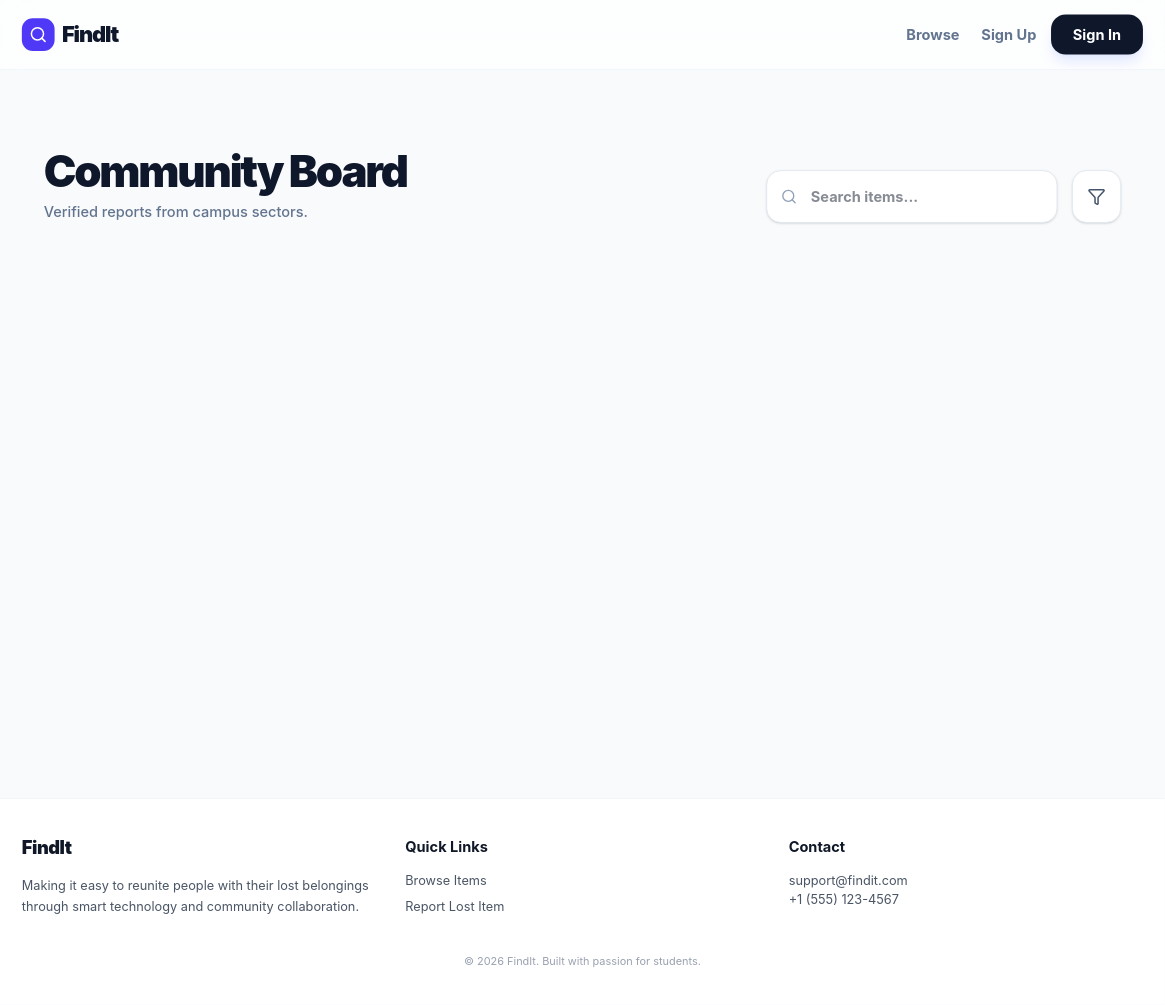
Repository: roygaurav007/lost-and-found
Page: /browse (app in Frontend/client/)
The author's editor kept a copy of each file at every save. The page is drawn from the files as they stood at one save, then again after the next save.
The browser window is 1280 px wide. The pictures show the whole page, at 91% of full size.
The page's requests for data from a server got no answer. The project was rebuilt for these pictures with package versions that can differ from the ones it lists, and the page was loaded fresh each time. No one was signed in, and anything a server would have sent is missing. Also part of the build but not shown: Frontend/client/vite.config.js, Frontend/client/src/pages/Home.jsx, Frontend/client/src/pages/Login.jsx, Frontend/client/src/pages/Signup.jsx, Frontend/client/src/utils/formSchemas.js, Frontend/client/src/pages/ReportItem.jsx, Frontend/client/src/pages/AdminDashboard.jsx, Frontend/client/src/pages/UserDashboard.jsx.

Above is the page before, as saved 2026-02-04 23:01:52.

### Frontend/client/src/main.jsx
import React from 'react'
import ReactDOM from 'react-dom/client'
import { BrowserRouter } from 'react-router-dom'
import App from './App'
import './styles/global.css' // We are pointing to our new style folder

ReactDOM.createRoot(document.getElementById('root')).render(
  <React.StrictMode>
    <BrowserRouter>
      <App />
    </BrowserRouter>
  </React.StrictMode>,
)

### Frontend/client/src/App.jsx
import { Routes, Route, Navigate } from 'react-router-dom';
import { Toaster } from 'react-hot-toast';
// OLD: import { AuthProvider, useAuth } from '../context/AuthContext';
import { AuthProvider, useAuth } from './context/AuthContext'; // NEW: Pointing to current directory
import Layout from './components/Layout';
import Home from './pages/Home';
import Login from './pages/Login';
import Signup from './pages/Signup'; // 🆕 Import Signup
import ReportItem from './pages/ReportItem';
import BrowseItems from './pages/BrowseItems';
import AdminDashboard from './pages/AdminDashboard';
import UserDashboard from './pages/UserDashboard';

const ProtectedRoute = ({ children, allowedRole }) => {
  const { user } = useAuth();
  if (!user) return <Navigate to="/login" replace />;
  if (user.role !== allowedRole) return <Navigate to="/" replace />;
  return children;
};

function AppContent() {
  return (
    <Layout>
      <Toaster position="top-center" />
      <Routes>
        <Route path="/" element={<Home />} />
        <Route path="/login" element={<Login />} />
        <Route path="/signup" element={<Signup />} /> {/* 🆕 Added Route */}
        <Route path="/browse" element={<BrowseItems />} />

        <Route path="/student-hub" element={
          <ProtectedRoute allowedRole="user"><UserDashboard /></ProtectedRoute>
        } />
        <Route path="/admin" element={
          <ProtectedRoute allowedRole="admin"><AdminDashboard /></ProtectedRoute>
        } />

        <Route path="/report" element={<ReportItem />} />
        <Route path="*" element={<div className="py-20 text-center font-bold text-2xl">404: Not Found</div>} />
      </Routes>
    </Layout>
  );
}

export default function App() {
  return (
    <AuthProvider>
      <AppContent />
    </AuthProvider>
  );
}

### Frontend/client/src/styles/global.css
@import "tailwindcss";

/* Minimalist global reset for the 'Classic White' theme */
body {
  background-color: #f8fafc; /* This is slate-50 */
  color: #0f172a; /* This is slate-900 */
  font-family: 'Inter', system-ui, sans-serif;
  margin: 0;
  -webkit-font-smoothing: antialiased;
}

### Frontend/client/src/context/AuthContext.jsx
import { createContext, useContext, useState, useEffect } from 'react';
import toast from 'react-hot-toast';

const AuthContext = createContext();

export const AuthProvider = ({ children }) => {
  const [user, setUser] = useState(null);
  const [loading, setLoading] = useState(true);

  useEffect(() => {
    const savedUser = localStorage.getItem('findit_user');
    if (savedUser) setUser(JSON.parse(savedUser));
    setLoading(false);
  }, []);

  // 🔐 Logic for safe API calls
  const handleAuthResponse = async (response) => {
    const contentType = response.headers.get("content-type");
    if (!contentType || !contentType.includes("application/json")) {
      const textError = await response.text();
      console.error("Non-JSON Error from Server:", textError);
      throw new Error("Server error: Check if backend is running on port 5000");
    }
    return await response.json();
  };

  const login = async (email, password) => {
    try {
      // ✅ Added '/api' prefix to match server.js
      const response = await fetch(`${import.meta.env.VITE_API_URL}/auth/login`, {
        method: 'POST',
        headers: { 'Content-Type': 'application/json' },
        body: JSON.stringify({ email, password }),
      });

      const data = await handleAuthResponse(response);

      if (!response.ok) throw new Error(data.message || 'Login failed');

      setUser(data.user);
      localStorage.setItem('findit_token', data.token);
      localStorage.setItem('findit_user', JSON.stringify(data.user));
      return true;
    } catch (error) {
      toast.error(error.message);
      return false;
    }
  };

  const register = async (userData) => {
    try {
      // ✅ Added '/api' prefix to match server.js
      const response = await fetch(`${import.meta.env.VITE_API_URL}/auth/register`, {
        method: 'POST',
        headers: { 'Content-Type': 'application/json' },
        body: JSON.stringify(userData),
      });

      const data = await handleAuthResponse(response);

      if (!response.ok) throw new Error(data.message || 'Registration failed');

      setUser(data.user);
      localStorage.setItem('findit_token', data.token);
      localStorage.setItem('findit_user', JSON.stringify(data.user));
      return true;
    } catch (error) {
      toast.error(error.message);
      return false;
    }
  };

  const logout = () => {
    setUser(null);
    localStorage.removeItem('findit_user');
    localStorage.removeItem('findit_token');
    toast.success('Logged out successfully');
  };

  return (
    <AuthContext.Provider value={{ user, login, register, logout, loading }}>
      {!loading && children}
    </AuthContext.Provider>
  );
};

export const useAuth = () => useContext(AuthContext);

### Frontend/client/src/components/Layout.jsx
import Navbar from './Navbar';
import Footer from './Footer';

const Layout = ({ children }) => {
  return (
    <div className="min-h-screen flex flex-col bg-slate-50">
      <Navbar />
      <main className="flex-grow container mx-auto px-6 py-10">
        {children}
      </main>
      <Footer />
    </div>
  );
};

export default Layout;

### Frontend/client/src/pages/BrowseItems.jsx
import { useEffect, useState } from 'react';
import { motion, AnimatePresence } from 'framer-motion';
import { MapPin, Search, Clock, ShieldCheck, Filter, X, Package } from 'lucide-react';
import toast from 'react-hot-toast';

const BrowseItems = () => {
  const [items, setItems] = useState([]);
  const [loading, setLoading] = useState(true);
  const [searchTerm, setSearchTerm] = useState("");
  const [selectedItem, setSelectedItem] = useState(null);
  const [submitting, setSubmitting] = useState(false);
  const [claimData, setClaimData] = useState({ description: '', proofDetails: '' });

  useEffect(() => {
    const fetchItems = async () => {
      try {
        const response = await fetch(`${import.meta.env.VITE_API_URL}/items`);
        const data = await response.json();
        if (response.ok) setItems(data);
      } catch (err) {
        toast.error("Database connection failed.");
      } finally {
        setLoading(false);
      }
    };
    fetchItems();
  }, []);

  const handleClaimSubmit = async (e) => {
    e.preventDefault();
    setSubmitting(true);
    try {
      const res = await fetch(`${import.meta.env.VITE_API_URL}/items/${selectedItem._id}/claim`, {
        method: 'POST',
        headers: {
          'Content-Type': 'application/json',
          'x-auth-token': localStorage.getItem('findit_token')
        },
        body: JSON.stringify(claimData)
      });
      if (res.ok) {
        toast.success("Claim filed! Admin will verify soon.");
        setSelectedItem(null);
      }
    } catch (err) {
      toast.error("Network error.");
    } finally {
      setSubmitting(false);
    }
  };

  const filteredItems = items.filter(item =>
    item.title.toLowerCase().includes(searchTerm.toLowerCase()) ||
    item.location.toLowerCase().includes(searchTerm.toLowerCase())
  );

  if (loading) return <div className="h-screen flex items-center justify-center font-black text-indigo-600 animate-pulse">SYNCING BOARD...</div>;

  return (
    <div className="min-h-screen bg-slate-50 py-12 px-6">
      <div className="max-w-7xl mx-auto space-y-12">

        {/* Simple White Header */}
        <header className="flex flex-col md:flex-row justify-between items-end gap-6 text-left">
          <div>
            <h1 className="text-5xl font-black text-slate-900 tracking-tighter">Community Board</h1>
            <p className="text-slate-500 font-medium mt-2">Verified reports from campus sectors.</p>
          </div>

          <div className="flex gap-4 w-full md:w-auto">
            <div className="relative flex-grow md:w-80">
              <Search className="absolute left-4 top-1/2 -translate-y-1/2 text-slate-400" size={18} />
              <input
                type="text"
                placeholder="Search items..."
                className="w-full p-4 pl-12 bg-white rounded-2xl shadow-sm border border-slate-200 outline-none focus:ring-2 focus:ring-indigo-500 font-bold transition-all"
                onChange={(e) => setSearchTerm(e.target.value)}
              />
            </div>
            <button className="bg-white p-4 rounded-2xl shadow-sm border border-slate-200 hover:bg-slate-100 transition-all">
              <Filter size={20} className="text-slate-600" />
            </button>
          </div>
        </header>

        {/* Grid of Clean White Cards */}
        <div className="grid grid-cols-1 md:grid-cols-2 lg:grid-cols-3 gap-8">
          {filteredItems.map((item, i) => (
            <motion.div
              key={item._id}
              initial={{ opacity: 0, y: 20 }} animate={{ opacity: 1, y: 0 }} transition={{ delay: i * 0.05 }}
              whileHover={{ y: -5 }}
              className="bg-white p-8 rounded-[2.5rem] shadow-lg shadow-slate-200/50 border border-slate-100 flex flex-col items-start text-left"
            >
              <div className="w-12 h-12 bg-indigo-50 rounded-2xl flex items-center justify-center text-indigo-600 mb-6">
                <Package size={20} />
              </div>
              <span className="px-3 py-1 bg-indigo-50 text-indigo-700 rounded-full text-[10px] font-black uppercase tracking-widest border border-indigo-100 mb-4">{item.category}</span>
              <h3 className="text-2xl font-black text-slate-800 tracking-tight">{item.title}</h3>
              <p className="text-slate-500 mt-2 text-sm line-clamp-2 font-medium flex-grow leading-relaxed">{item.description}</p>

              <div className="w-full mt-6 pt-6 border-t border-slate-50 space-y-3">
                <p className="flex items-center gap-2 text-slate-700 font-bold text-sm"><MapPin size={16} className="text-indigo-500" /> {item.location}</p>
                <p className="flex items-center gap-2 text-slate-400 font-bold text-xs"><Clock size={14} /> Reported {new Date(item.createdAt).toLocaleDateString()}</p>
              </div>

              <button
                onClick={() => setSelectedItem(item)}
                className="w-full mt-8 py-4 bg-indigo-600 text-white rounded-2xl font-black hover:bg-indigo-700 transition-all flex items-center justify-center gap-2 shadow-lg shadow-indigo-100"
              >
                Claim Item <ShieldCheck size={18} />
              </button>
            </motion.div>
          ))}
        </div>

        {/* Minimalist Proof Modal */}
        <AnimatePresence>
          {selectedItem && (
            <div className="fixed inset-0 z-[100] flex items-center justify-center p-4 bg-slate-900/10 backdrop-blur-sm">
              <motion.div
                initial={{ scale: 0.95, opacity: 0 }} animate={{ scale: 1, opacity: 1 }} exit={{ scale: 0.95, opacity: 0 }}
                className="bg-white w-full max-w-lg p-10 rounded-[3rem] shadow-2xl relative text-left"
              >
                <button onClick={() => setSelectedItem(null)} className="absolute top-8 right-8 text-slate-400 hover:text-slate-900"><X size={24} /></button>
                <h2 className="text-3xl font-black text-slate-900 mb-2">Claim {selectedItem.title}</h2>
                <p className="text-slate-500 mb-8 font-medium italic text-sm text-left">Admin verification is required for security.</p>

                <form onSubmit={handleClaimSubmit} className="space-y-4">
                  <textarea
                    placeholder="Provide ownership details..."
                    className="w-full p-4 bg-slate-50 rounded-2xl outline-none border-2 border-transparent focus:border-indigo-500 focus:bg-white transition-all h-32 font-bold text-slate-900 resize-none"
                    required
                    onChange={(e) => setClaimData({...claimData, description: e.target.value})}
                  />
                  <button type="submit" disabled={submitting} className="w-full bg-slate-900 text-white py-4 rounded-2xl font-black shadow-xl hover:bg-indigo-600 transition-all">
                    {submitting ? "Processing..." : "Submit to Admin"}
                  </button>
                </form>
              </motion.div>
            </div>
          )}
        </AnimatePresence>
      </div>
    </div>
  );
};

export default BrowseItems;

### Frontend/client/src/components/Navbar.jsx
import { Link, useNavigate } from 'react-router-dom';
import { motion } from 'framer-motion';
import { useAuth } from '../context/AuthContext';
import { Search, LogOut, ShieldCheck, LayoutDashboard } from 'lucide-react';

const Navbar = () => {
  const { user, logout } = useAuth();
  const navigate = useNavigate();

  const handleLogout = () => {
    logout();
    navigate('/');
  };

  return (
    <nav className="sticky top-0 z-50 bg-white/70 backdrop-blur-xl border-b border-slate-100 px-6 py-4">
      <div className="max-w-7xl mx-auto flex justify-between items-center">
        <Link to="/" className="flex items-center gap-2 group">
          <motion.div whileHover={{ rotate: 15 }} className="bg-indigo-600 p-2 rounded-xl text-white">
            <Search size={20} />
          </motion.div>
          <span className="text-2xl font-black text-slate-900 tracking-tighter">FindIt</span>
        </Link>

        <div className="hidden md:flex items-center gap-6">
          <Link to="/browse" className="text-slate-500 font-bold hover:text-indigo-600 transition">Browse</Link>

          {user?.role === 'admin' && (
            <Link to="/admin" className="flex items-center gap-2 bg-rose-50 text-rose-600 px-4 py-2 rounded-xl font-black border border-rose-100">
              <ShieldCheck size={18} /> Admin Panel
            </Link>
          )}

{user ? (
  <button onClick={handleLogout} className="flex items-center gap-2 text-slate-600 font-bold hover:text-rose-500 transition">
    <LogOut size={18} /> Logout
  </button>
) : (
  <div className="flex items-center gap-4">
    <Link to="/signup" className="text-slate-500 font-bold hover:text-indigo-600 transition">
      Sign Up
    </Link>
    <Link to="/login" className="bg-slate-900 text-white px-6 py-2.5 rounded-2xl font-bold hover:bg-indigo-600 transition shadow-lg shadow-indigo-100">
      Sign In
    </Link>
  </div>
)}

        </div>
      </div>
    </nav>
  );
};

export default Navbar;

### Frontend/client/src/components/Footer.jsx
const Footer = () => {
  return (
    <footer className="bg-white border-t border-gray-100 py-10 mt-auto">
      <div className="max-w-7xl mx-auto px-6 grid grid-cols-1 md:grid-cols-3 gap-8 text-gray-600">
        <div>
          <h3 className="text-gray-900 font-black text-xl mb-4 tracking-tight">FindIt</h3>
          <p className="text-sm leading-relaxed">Making it easy to reunite people with their lost belongings through smart technology and community collaboration.</p>
        </div>
        <div>
          <h4 className="font-bold text-gray-900 mb-4">Quick Links</h4>
          <ul className="space-y-2 text-sm">
            <li><a href="/browse" className="hover:text-blue-600 transition">Browse Items</a></li>
            <li><a href="/report" className="hover:text-blue-600 transition">Report Lost Item</a></li>
          </ul>
        </div>
        <div>
          <h4 className="font-bold text-gray-900 mb-4">Contact</h4>
          <p className="text-sm">support@findit.com</p>
          <p className="text-sm">+1 (555) 123-4567</p>
        </div>
      </div>
      <div className="text-center mt-10 text-xs text-gray-400">
        © 2026 FindIt. Built with passion for students.
      </div>
    </footer>
  );
};

export default Footer;

Loaded but not shown: Frontend/client/index.html (common file)

After the next save:
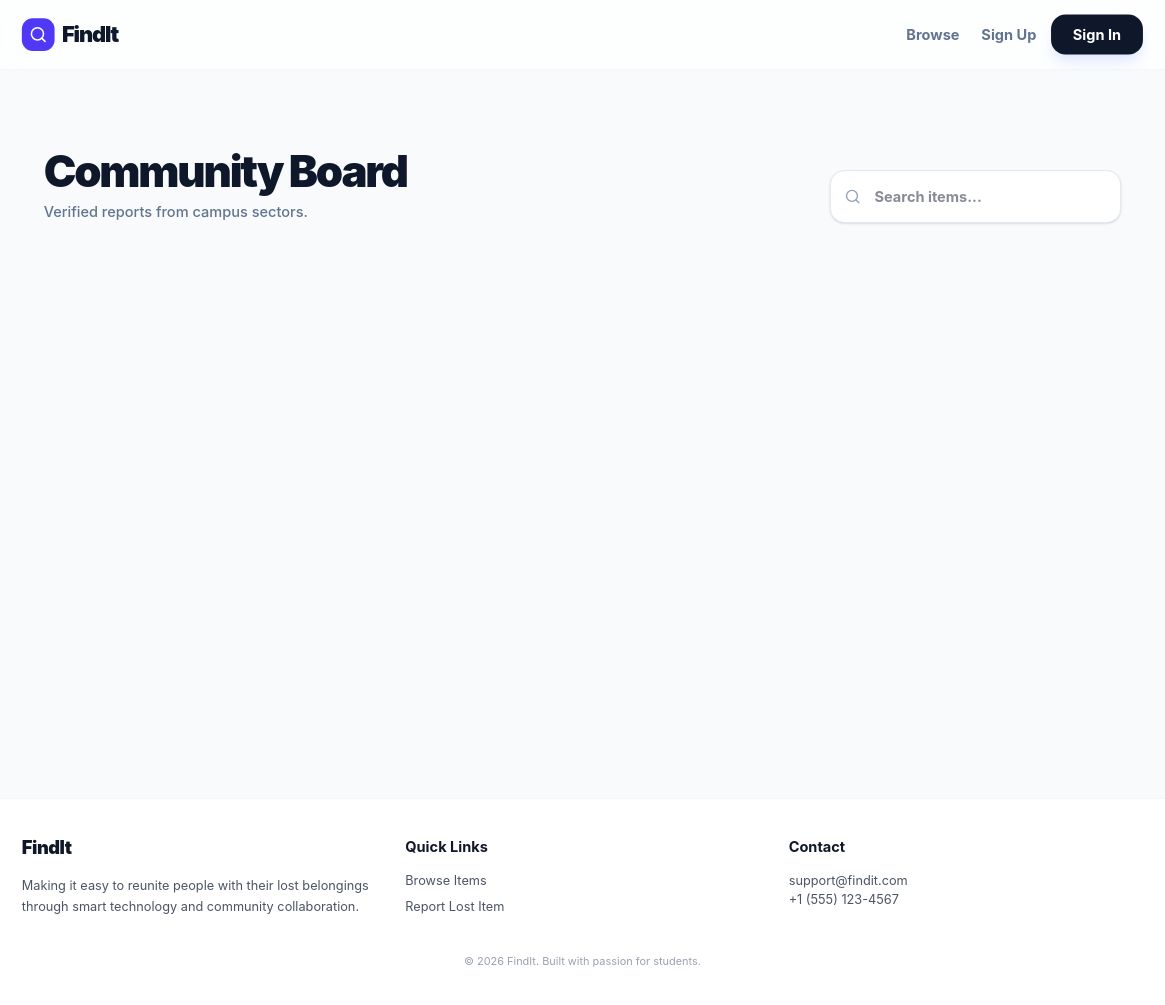
Saved 10 s later.
--- a/Frontend/client/src/pages/BrowseItems.jsx
+++ b/Frontend/client/src/pages/BrowseItems.jsx
@@ -18,7 +18,7 @@ const BrowseItems = () => {
         const data = await response.json();
         if (response.ok) setItems(data);
       } catch (err) {
-        toast.error("Database connection failed.");
+        toast.error("Database sync failed.");
       } finally {
         setLoading(false);
       }
@@ -39,7 +39,7 @@ const BrowseItems = () => {
         body: JSON.stringify(claimData)
       });
       if (res.ok) {
-        toast.success("Claim filed! Admin will verify soon.");
+        toast.success("Claim filed successfully!");
         setSelectedItem(null);
       }
     } catch (err) {
@@ -54,7 +54,7 @@ const BrowseItems = () => {
     item.location.toLowerCase().includes(searchTerm.toLowerCase())
   );
 
-  if (loading) return <div className="h-screen flex items-center justify-center font-black text-indigo-600 animate-pulse">SYNCING BOARD...</div>;
+  if (loading) return <div className="h-screen flex items-center justify-center font-black text-indigo-600 animate-pulse">LOADING BOARD...</div>;
 
   return (
     <div className="min-h-screen bg-slate-50 py-12 px-6">
@@ -73,23 +73,21 @@ const BrowseItems = () => {
               <input
                 type="text"
                 placeholder="Search items..."
-                className="w-full p-4 pl-12 bg-white rounded-2xl shadow-sm border border-slate-200 outline-none focus:ring-2 focus:ring-indigo-500 font-bold transition-all"
+                className="w-full p-4 pl-12 bg-white rounded-2xl shadow-sm border border-slate-200 outline-none focus:ring-2 focus:ring-indigo-600 font-bold transition-all"
                 onChange={(e) => setSearchTerm(e.target.value)}
               />
             </div>
-            <button className="bg-white p-4 rounded-2xl shadow-sm border border-slate-200 hover:bg-slate-100 transition-all">
-              <Filter size={20} className="text-slate-600" />
-            </button>
           </div>
         </header>
 
-        {/* Grid of Clean White Cards */}
+        {/* Items Grid */}
         <div className="grid grid-cols-1 md:grid-cols-2 lg:grid-cols-3 gap-8">
           {filteredItems.map((item, i) => (
             <motion.div
               key={item._id}
-              initial={{ opacity: 0, y: 20 }} animate={{ opacity: 1, y: 0 }} transition={{ delay: i * 0.05 }}
-              whileHover={{ y: -5 }}
+              initial={{ opacity: 0, y: 20 }}
+              animate={{ opacity: 1, y: 0 }}
+              transition={{ delay: i * 0.05 }}
               className="bg-white p-8 rounded-[2.5rem] shadow-lg shadow-slate-200/50 border border-slate-100 flex flex-col items-start text-left"
             >
               <div className="w-12 h-12 bg-indigo-50 rounded-2xl flex items-center justify-center text-indigo-600 mb-6">
@@ -99,7 +97,7 @@ const BrowseItems = () => {
               <h3 className="text-2xl font-black text-slate-800 tracking-tight">{item.title}</h3>
               <p className="text-slate-500 mt-2 text-sm line-clamp-2 font-medium flex-grow leading-relaxed">{item.description}</p>
 
-              <div className="w-full mt-6 pt-6 border-t border-slate-50 space-y-3">
+              <div className="w-full mt-6 pt-6 border-t border-slate-100 space-y-3">
                 <p className="flex items-center gap-2 text-slate-700 font-bold text-sm"><MapPin size={16} className="text-indigo-500" /> {item.location}</p>
                 <p className="flex items-center gap-2 text-slate-400 font-bold text-xs"><Clock size={14} /> Reported {new Date(item.createdAt).toLocaleDateString()}</p>
               </div>
@@ -114,7 +112,7 @@ const BrowseItems = () => {
           ))}
         </div>
 
-        {/* Minimalist Proof Modal */}
+        {/* Proof Modal */}
         <AnimatePresence>
           {selectedItem && (
             <div className="fixed inset-0 z-[100] flex items-center justify-center p-4 bg-slate-900/10 backdrop-blur-sm">
@@ -123,13 +121,13 @@ const BrowseItems = () => {
                 className="bg-white w-full max-w-lg p-10 rounded-[3rem] shadow-2xl relative text-left"
               >
                 <button onClick={() => setSelectedItem(null)} className="absolute top-8 right-8 text-slate-400 hover:text-slate-900"><X size={24} /></button>
-                <h2 className="text-3xl font-black text-slate-900 mb-2">Claim {selectedItem.title}</h2>
+                <h2 className="text-3xl font-black text-slate-900 mb-2 text-left">Claim {selectedItem.title}</h2>
                 <p className="text-slate-500 mb-8 font-medium italic text-sm text-left">Admin verification is required for security.</p>
 
                 <form onSubmit={handleClaimSubmit} className="space-y-4">
                   <textarea
                     placeholder="Provide ownership details..."
-                    className="w-full p-4 bg-slate-50 rounded-2xl outline-none border-2 border-transparent focus:border-indigo-500 focus:bg-white transition-all h-32 font-bold text-slate-900 resize-none"
+                    className="w-full p-4 bg-slate-50 rounded-2xl outline-none border-2 border-transparent focus:border-indigo-600 focus:bg-white transition-all h-32 font-bold text-slate-900 resize-none"
                     required
                     onChange={(e) => setClaimData({...claimData, description: e.target.value})}
                   />
